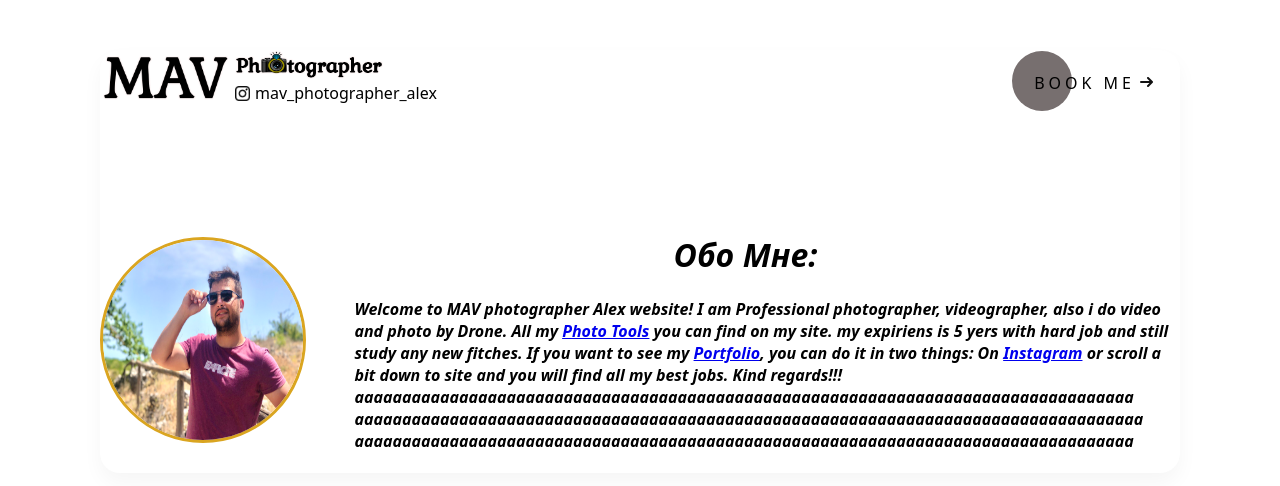
Repository: Dekabrist94/MAV
Page: /
An editor plug-in stored every save of this project. The page is shown before and after the next save, followed by the edit.
The browser window is 1280 px wide. The pictures show the whole page.
The project was rebuilt for these pictures with package versions that can differ from the ones it lists, and the page was loaded fresh each time.

Above is the page before, as saved 2023-02-28 21:52:38.

### src/index.js
import React from 'react';
import ReactDOM from 'react-dom/client';
import './index.scss';
import App from './App';
import reportWebVitals from './reportWebVitals';

const root = ReactDOM.createRoot(document.getElementById('root'));
root.render(
  <React.StrictMode>
    <App />
  </React.StrictMode>,
);

// If you want to start measuring performance in your app, pass a function
// to log results (for example: reportWebVitals(console.log))
// or send to an analytics endpoint. Learn more: https://bit.ly/CRA-vitals
reportWebVitals();

### src/index.scss
body {
  margin: 0;
  font-family: system-ui;
  -webkit-font-smoothing: antialiased;
  -moz-osx-font-smoothing: grayscale;
  background-color: white;
}

.wrapper {
  background: #ffffff;
  box-shadow: 0px 10px 20px rgba(0, 0, 0, 0.04);
  border-radius: 20px;
  max-width: 1080px;
  margin: 50px auto;
}

header {
  display: flex;
  justify-content: space-between;
}

img {
  margin-right: 5px;
}

.headerLeft {
  display: flex;
  align-items: center;
}

.instaLink {
  display: flex;
  margin-top: -3px;
  align-items: center;
}

.bookMe {
  margin-top: 20px;
}
h3,
p {
  margin: 0;
}

.aboutMe {
  display: flex;
  padding-top: 10%;
  align-items: center;
  justify-content: space-between;
}

.avatar {
  border-radius: 50%;
  border: 3px goldenrod solid;
}

.textAboutCenter {
  text-align: center;
  font-style: italic;
}
.textAbout {
  padding-left: 5%;
  text-align: left;
  font-style: italic;
}

### src/App.js
import AVATAR from './assets/img/AVATAR.jpg';
import MAV from './assets/img/MAV.png';
import PHOTOGRAPHER from './assets/img/photographer.png';
import InstaLogo from './assets/img/instagram.png';
import { CustomButton } from './components/button UI';

function App() {
  return (
    <div className="wrapper">
      <header>
        <div className="headerLeft">
          <img width={130} height={50} src={MAV} alt="logo" />
          <div className="headerInfo">
            <img width={150} height={30} src={PHOTOGRAPHER} alt="logo" />
            <div className="instaLink">
              <img width={15} height={15} src={InstaLogo} alt="Instagram" />
              <p>mav_photographer_alex</p>
            </div>
          </div>
        </div>
        <div className="bookMe">
          <CustomButton text="BOOK ME" style="link" />
        </div>
      </header>
      <div className="aboutMe">
        <div>
          <img className="avatar" width={200} height={200} src={AVATAR} alt="AVATAR" />
        </div>
        <div>
          <h1 className="textAboutCenter">Обо Мне:</h1>
          <h4 className="textAbout">
            Welcome to MAV photographer Alex website! I am Professional photographer, videographer,
            also i do video and photo by Drone. All my <a href="#">Photo Tools</a> you can find on
            my site. my expiriens is 5 yers with hard job and still study any new fitches. If you
            want to see my <a href="#">Portfolio</a>, you can do it in two things: On{' '}
            <a href="#">Instagram</a> or scroll a bit down to site and you will find all my best
            jobs. Kind regards!!!
            aaaaaaaaaaaaaaaaaaaaaaaaaaaaaaaaaaaaaaaaaaaaaaaaaaaaaaaaaaaaaaaaaaaaaaaaaaaaaaaaaa
            aaaaaaaaaaaaaaaaaaaaaaaaaaaaaaaaaaaaaaaaaaaaaaaaaaaaaaaaaaaaaaaaaaaaaaaaaaaaaaaaaaa
            aaaaaaaaaaaaaaaaaaaaaaaaaaaaaaaaaaaaaaaaaaaaaaaaaaaaaaaaaaaaaaaaaaaaaaaaaaaaaaaaaa
          </h4>
        </div>
      </div>
    </div>
  );
}

export default App;

### src/components/button UI/index.jsx
import styles from './Button.module.css';
import React from 'react';

export const CustomButton = ({ type, text, link, style }) => {
  if (style === 'btn') {
    return (
      <button className={`${styles.button} ${styles.buttonBtn}`} type={type}>
        <span>{text}</span>
        <svg width="13px" height="10px" viewBox="0 0 13 10">
          <path d="M1,5 L11,5"></path>
          <polyline points="8 1 12 5 8 9"></polyline>
        </svg>
      </button>
    );
  } else if (style === 'link') {
    return (
      <a
        href={link}
        className={`${styles.button} ${styles.buttonLink}`}
        target="_blank"
        rel="noreferrer">
        <span>{text}</span>
        <svg width="13px" height="10px" viewBox="0 0 13 10">
          <path d="M1,5 L11,5"></path>
          <polyline points="8 1 12 5 8 9"></polyline>
        </svg>
      </a>
    );
  }
  return <button>{text}</button>;
};

### src/components/button UI/Button.module.css
.button {
  position: relative;
  margin: auto;
  padding: 19px 22px;
  transition: all 0.2s ease;
  cursor: pointer;
}
.button:before {
  content: '';
  position: absolute;
  top: 0;
  left: 0;
  display: block;
  border-radius: 50%;

  width: 60px;
  height: 60px;
  transition: all 0.5s ease;
}
.buttonLink:before {
  background: rgb(119, 111, 111);
}
.buttonBtn:before {
  background: rgba(255, 165, 45, 0.5);
}
.button span {
  position: relative;
  font-size: 16px;
  line-height: 18px;
  font-weight: 400;
  letter-spacing: 4px;
  text-transform: uppercase;
  vertical-align: middle;
  transition: color 0.5s ease;
}
.button:hover span {
  color: #fff;
}
.button svg {
  position: relative;
  top: 0;
  margin-left: 10px;
  fill: none;
  stroke-linecap: round;
  stroke-linejoin: round;
  stroke: #111;
  stroke-width: 2;
  transform: translateX(-5px);
  transition: all 0.5s ease;
}
.button:hover:before {
  width: 100%;
  border-radius: 50px;
}
.buttonLink:hover:before {
  background: black;
}
.buttonBtn:hover:before {
  background: rgb(255, 165, 45);
}
.button:hover svg {
  transform: translateX(0);
  stroke: #fff;
}
.button:active {
  transform: scale(0.96);
}

Loaded but not shown: public/index.html (common file); src/reportWebVitals.js (common file)

After the next save:
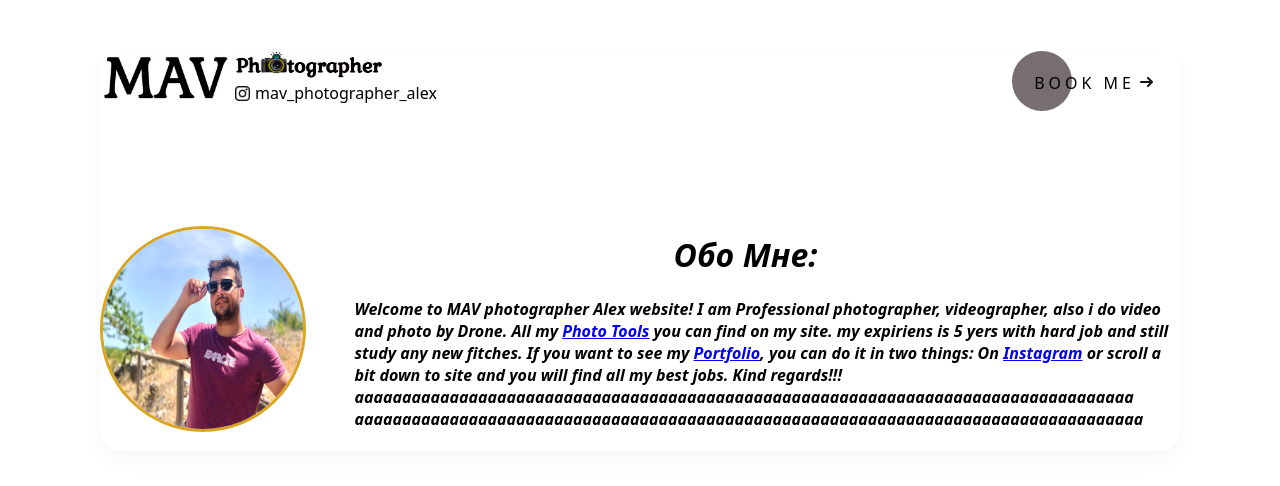
Saved 22 s later.
--- a/src/App.js
+++ b/src/App.js
@@ -37,7 +37,6 @@
             jobs. Kind regards!!!
             aaaaaaaaaaaaaaaaaaaaaaaaaaaaaaaaaaaaaaaaaaaaaaaaaaaaaaaaaaaaaaaaaaaaaaaaaaaaaaaaaa
             aaaaaaaaaaaaaaaaaaaaaaaaaaaaaaaaaaaaaaaaaaaaaaaaaaaaaaaaaaaaaaaaaaaaaaaaaaaaaaaaaaa
-            aaaaaaaaaaaaaaaaaaaaaaaaaaaaaaaaaaaaaaaaaaaaaaaaaaaaaaaaaaaaaaaaaaaaaaaaaaaaaaaaaa
           </h4>
         </div>
       </div>
